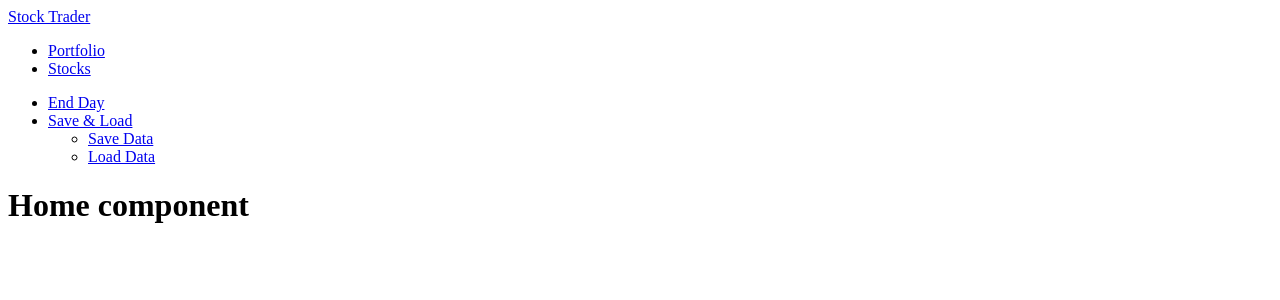
Repository: DaveBaulch/vue-course-stock-trader
Page: /
An editor plug-in stored every save of this project. The page is shown before and after a run of saves, followed by the edit.
The browser window is 1280 px wide. The pictures show the whole page.
The project was rebuilt for these pictures with package versions that can differ from the ones it lists, and the page was loaded fresh each time. Also part of the build but not shown: webpack.config.js, src/components/portfolio/Portfolio.vue, src/components/stocks/Stocks.vue.

Above is the page before, as saved 2021-01-25 11:46:52.

After the next 4 saves:
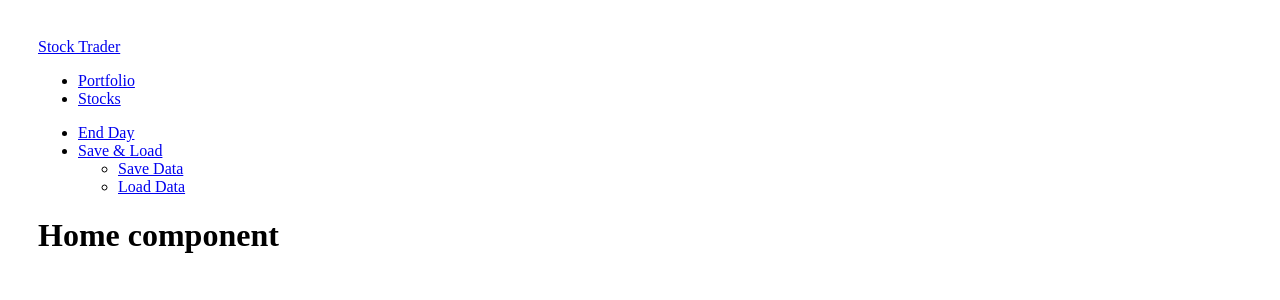
The 4 saves are shown as one change because they came seconds apart.
The last was saved 17 s later.
--- a/src/App.vue
+++ b/src/App.vue
@@ -19,5 +19,7 @@
 </script>
 
 <style>
-  body: padding
+body {
+  padding: 30px;
+}
 </style>
